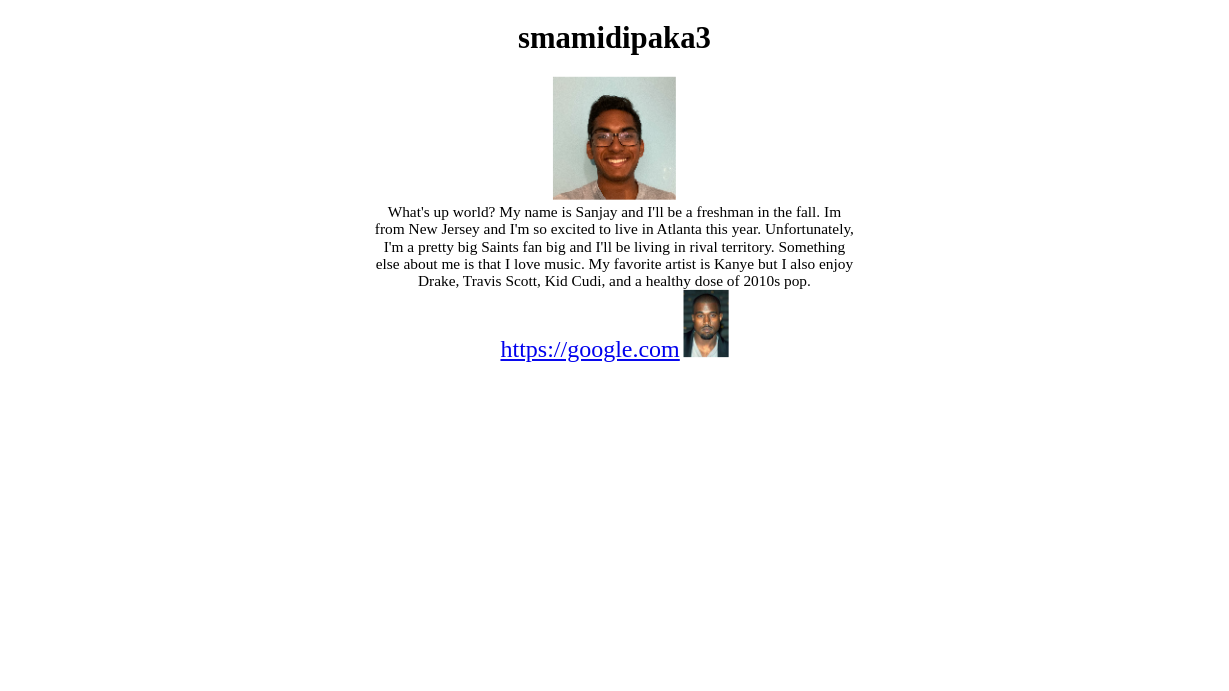
Repository: sanjayMamidipaka/cs1301
Page: lab01/index.html
These files come from the project's save history. The page is drawn as it stood at one moment and after the next save; the edit follows.
The browser window is 1280 px wide. The pictures show the whole page, at 96% of full size.

Above is the page before, as saved 2021-07-22 16:13:50.

After the next save:
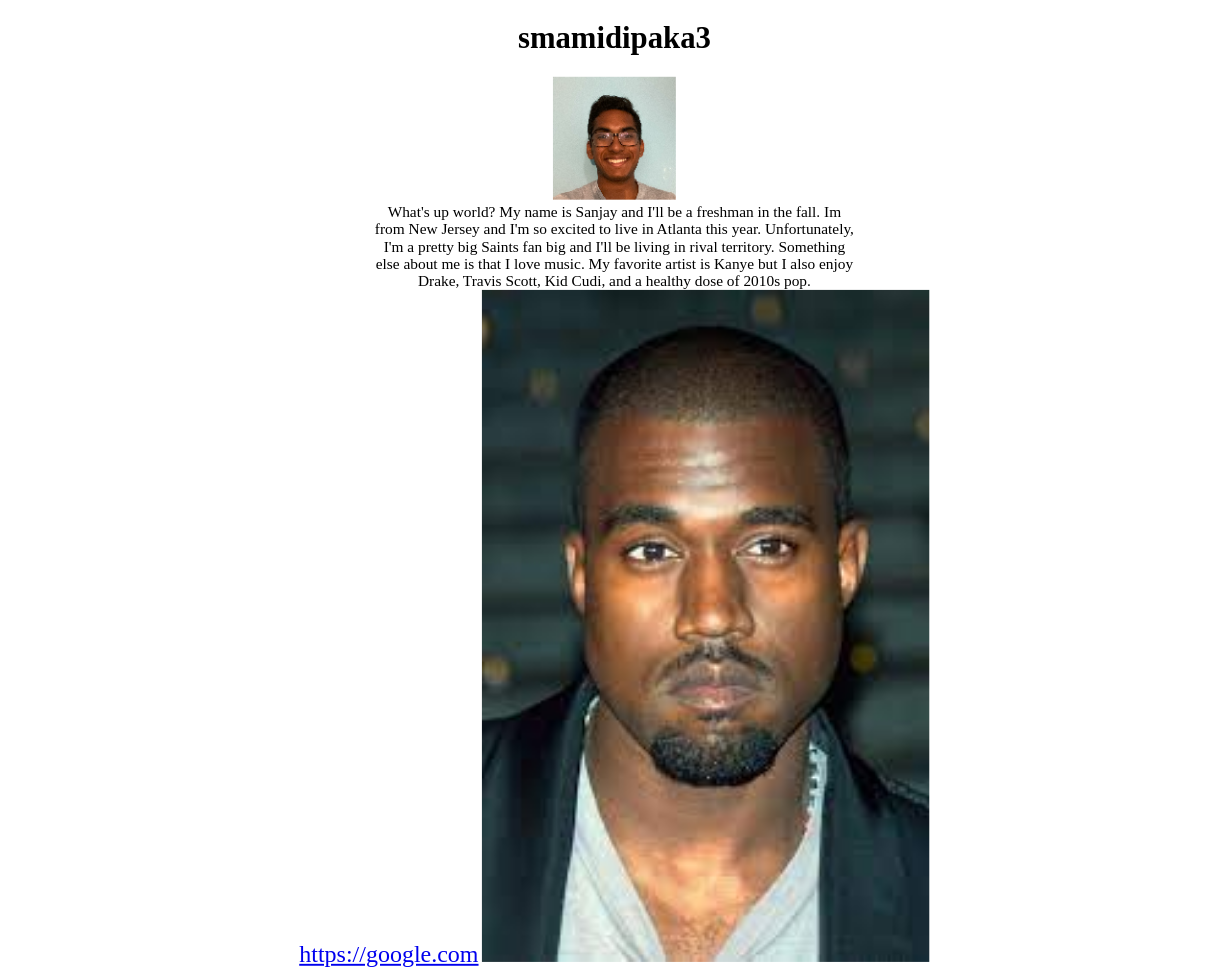
Saved 12 s later.
--- a/lab01/style.css
+++ b/lab01/style.css
@@ -14,5 +14,5 @@
 }
 
 .kanye {
-    height: 70px
+    height: 700px
 }
